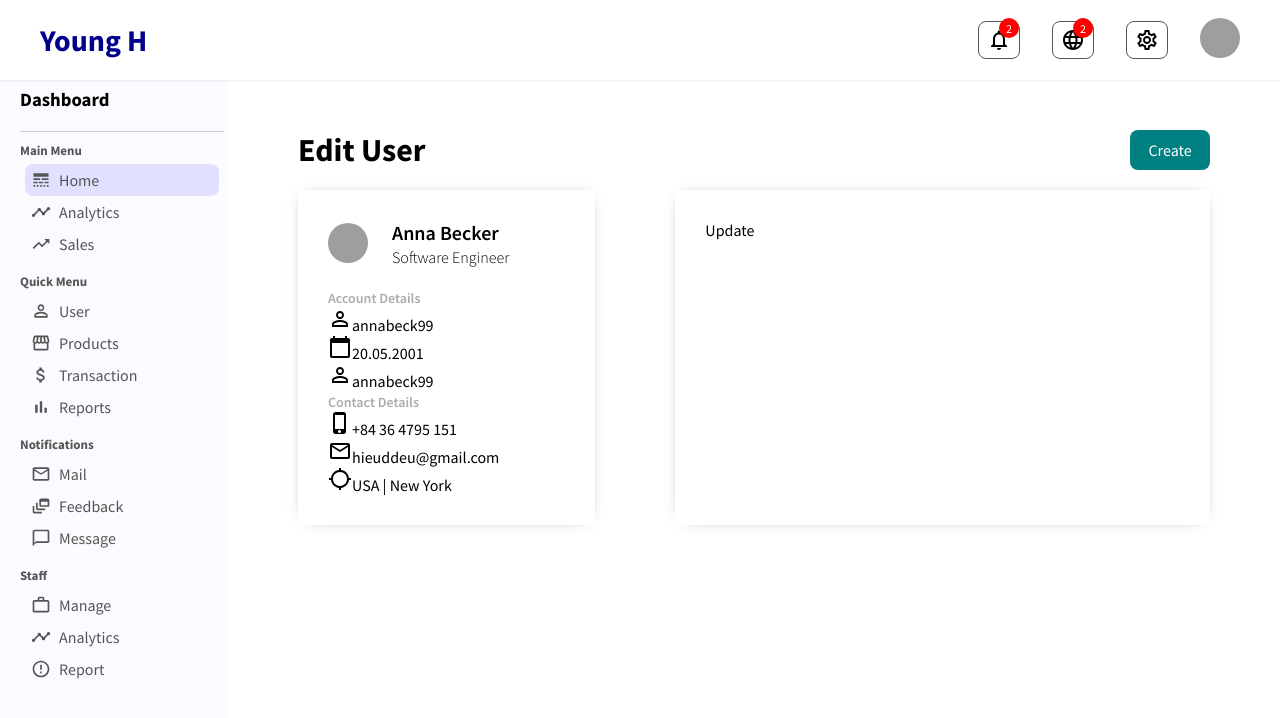
Repository: noname20011/admin
Page: /user/1
The author's editor kept a copy of each file at every save. The page is drawn from the files as they stood at one save, then again after a run of saves.
The browser window is 1280 px wide. The pictures show the whole page.
Pictures or frames that could not be fetched are drawn as grey boxes. The project was rebuilt for these pictures with package versions that can differ from the ones it lists, and the page was loaded fresh each time. Also part of the build but not shown: src/pages/home/home.css, src/comopnents/featureInfo/feature.css, src/comopnents/featureInfo/Feature.jsx, src/comopnents/chart/chart.css, src/comopnents/chart/Chart.jsx, src/comopnents/widgetSm/widgetSm.css, src/comopnents/widgetSm/WidgetSm.jsx, src/comopnents/widgetLg/widgetLg.css and 5 more.

Above is the page before, as saved 2021-11-14 14:18:43.

After the next 2 saves:
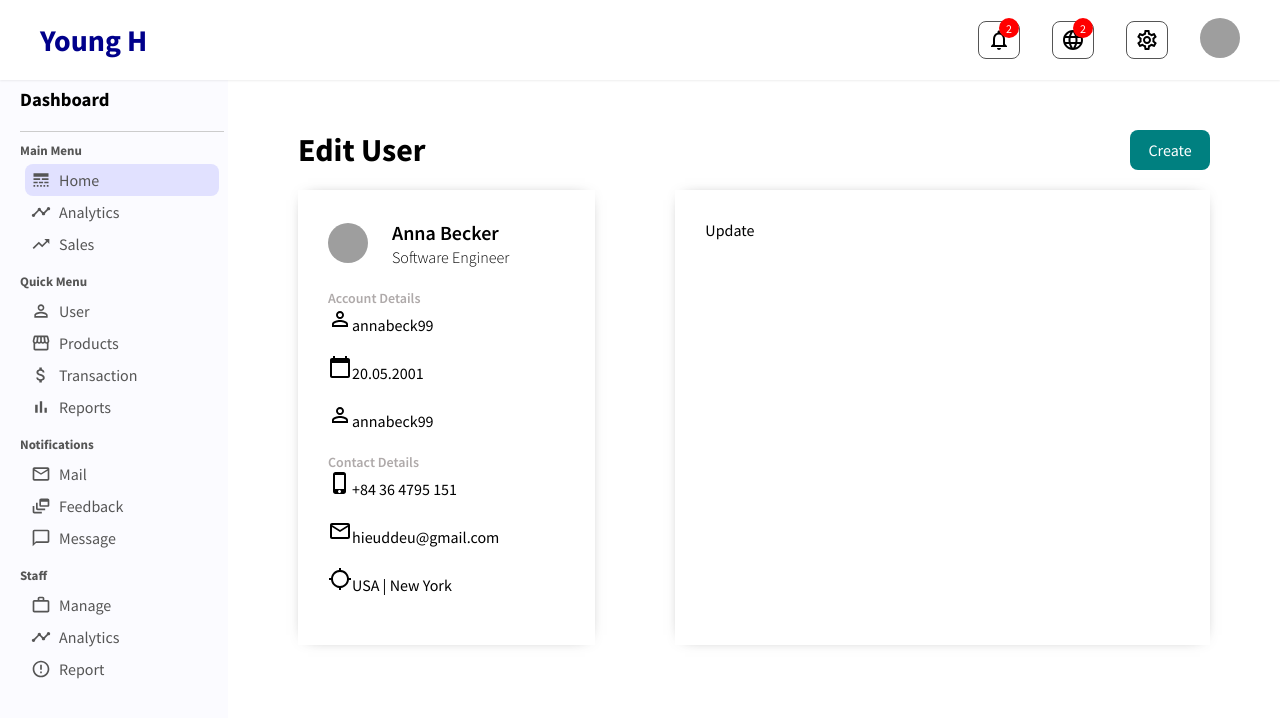
The 2 saves are shown as one change because they came seconds apart.
The last was saved 30 s later.
--- a/src/pages/user/user.css
+++ b/src/pages/user/user.css
@@ -70,6 +70,9 @@
     font-size: 14px;
     font-weight: 600;
     color: rgb(175, 170, 170);
+}
+
+.userShowBottomInfo {
     margin-bottom: 20px;
 }
 .userUpdate {
